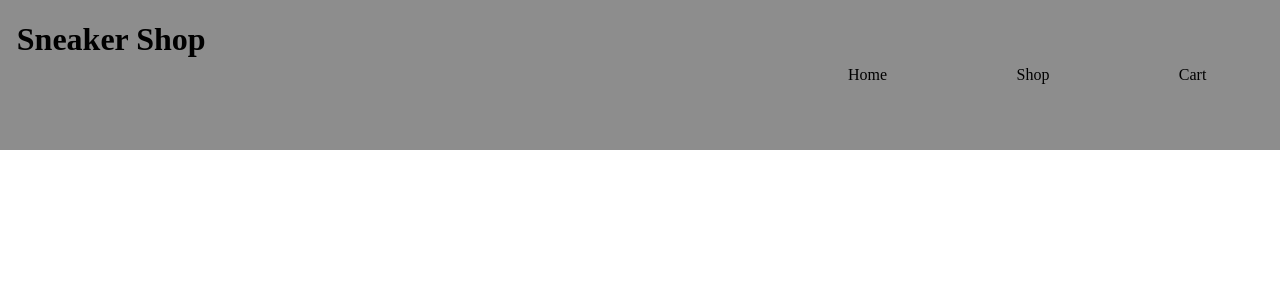
Repository: Siphamandla201/SneakerEcom
Page: products.html
The author's editor kept a copy of each file at every save. The page is drawn from the files as they stood at one save, then again after a run of saves.
The browser window is 1280 px wide. The pictures show the whole page.

Above is the page before, as saved 2023-08-17 16:14:26.

After the next 4 saves:
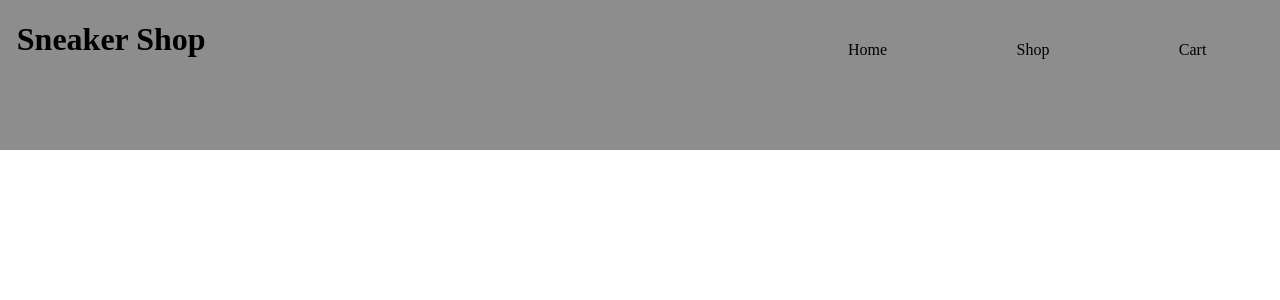
The 4 saves are shown as one change because they came seconds apart.
The last was saved 19 s later.
--- a/products.html
+++ b/products.html
@@ -38,6 +38,7 @@
 
         li {
             list-style: none;
+            margin-top: -50px;
         }
 
         li a {
